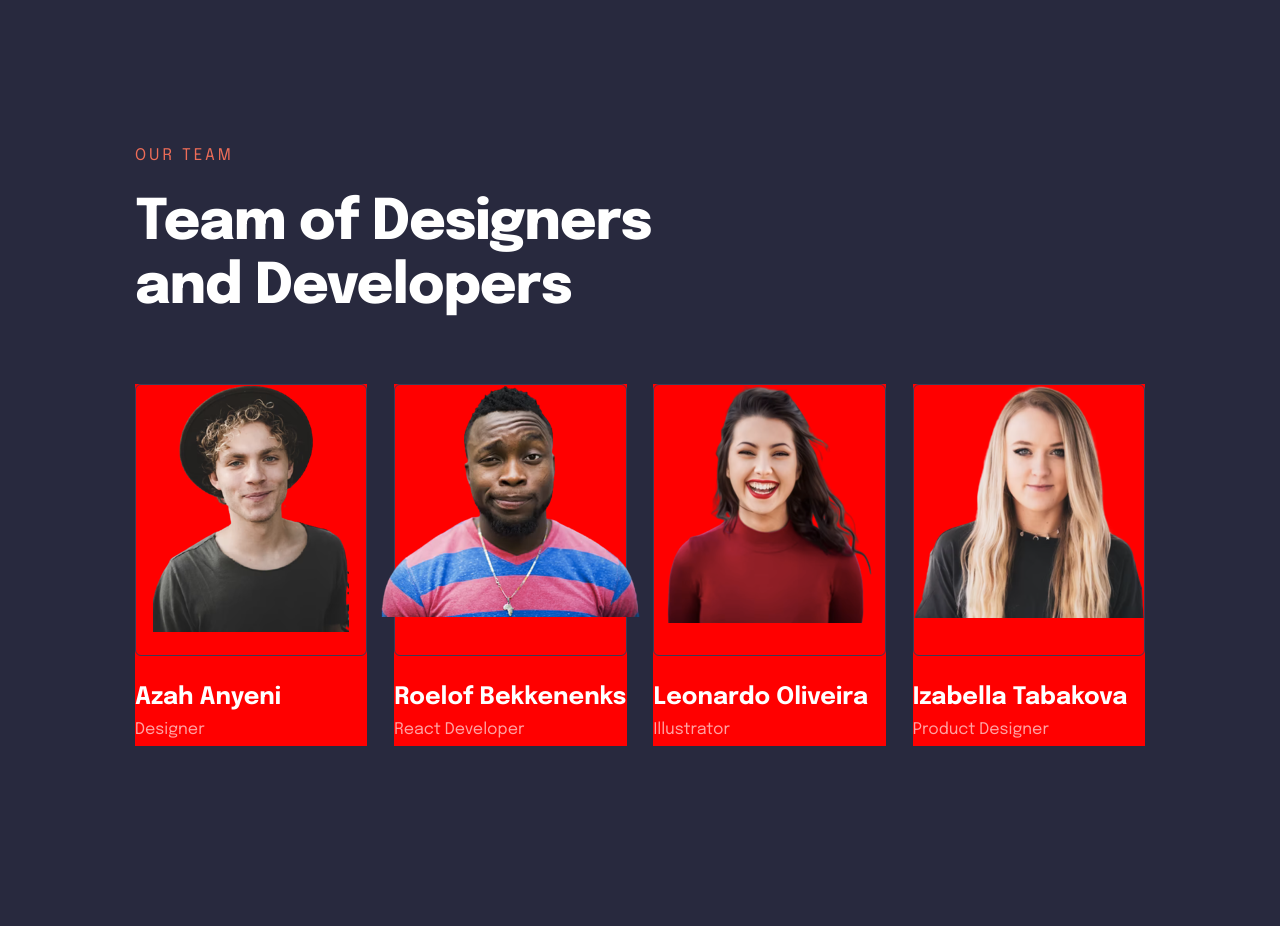
Repository: MehdiKerimov/Figma-task-10
Page: pages/teamPage/index.html
The author's editor kept a copy of each file at every save. The page is drawn from the files as they stood at one save, then again after the next save.
The browser window is 1280 px wide. The pictures show the whole page.

Above is the page before, as saved 2023-09-09 15:28:13.

After the next save:
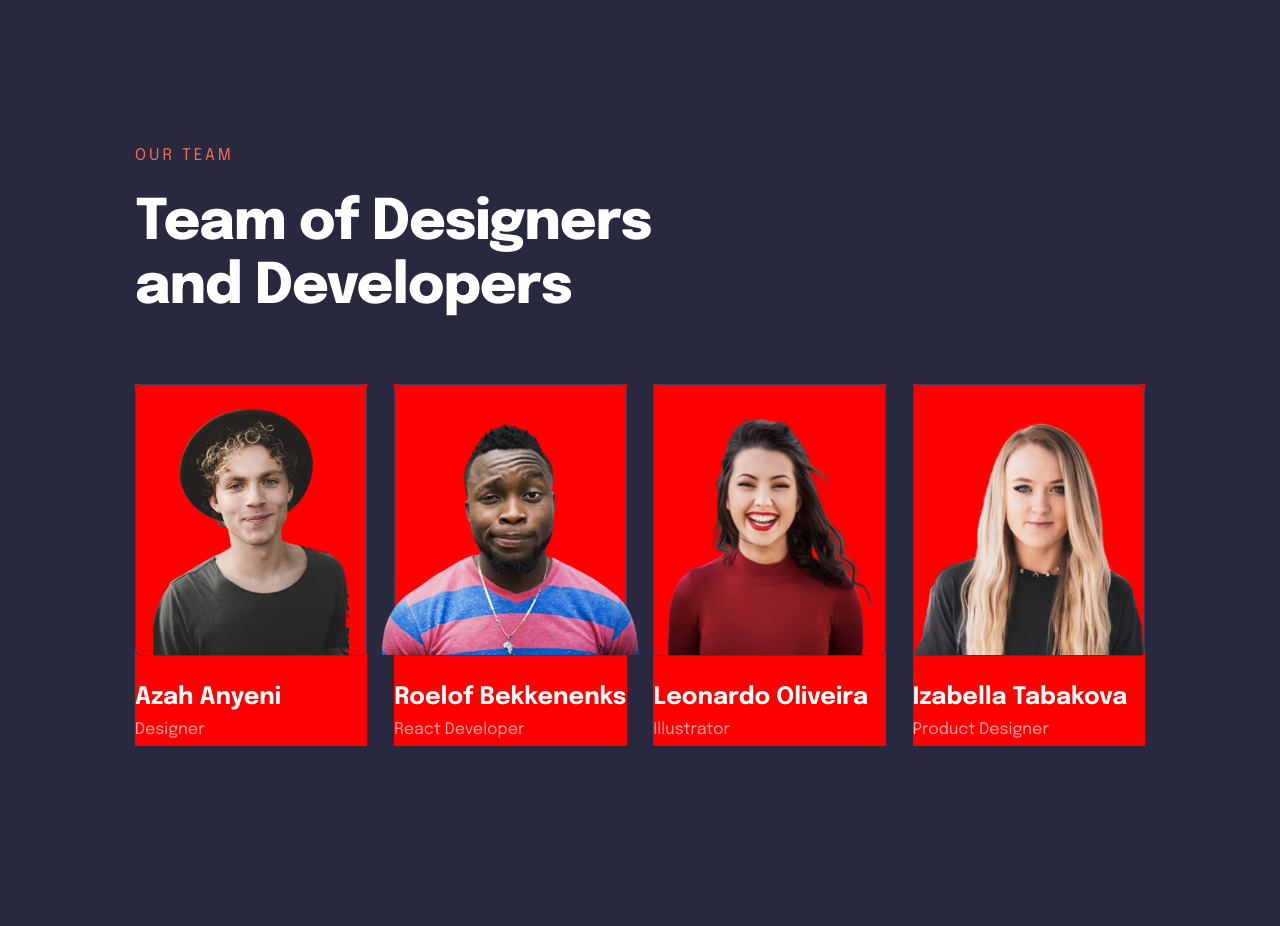
Saved 6 s later.
--- a/pages/teamPage/index.css
+++ b/pages/teamPage/index.css
@@ -66,7 +66,7 @@
   border: 1px solid #3a3c56;
   display: flex;
   justify-content: center;
-  align-items: ;
+  align-items: end;
 }
 .container ul li p {
   margin-top: 26px;
